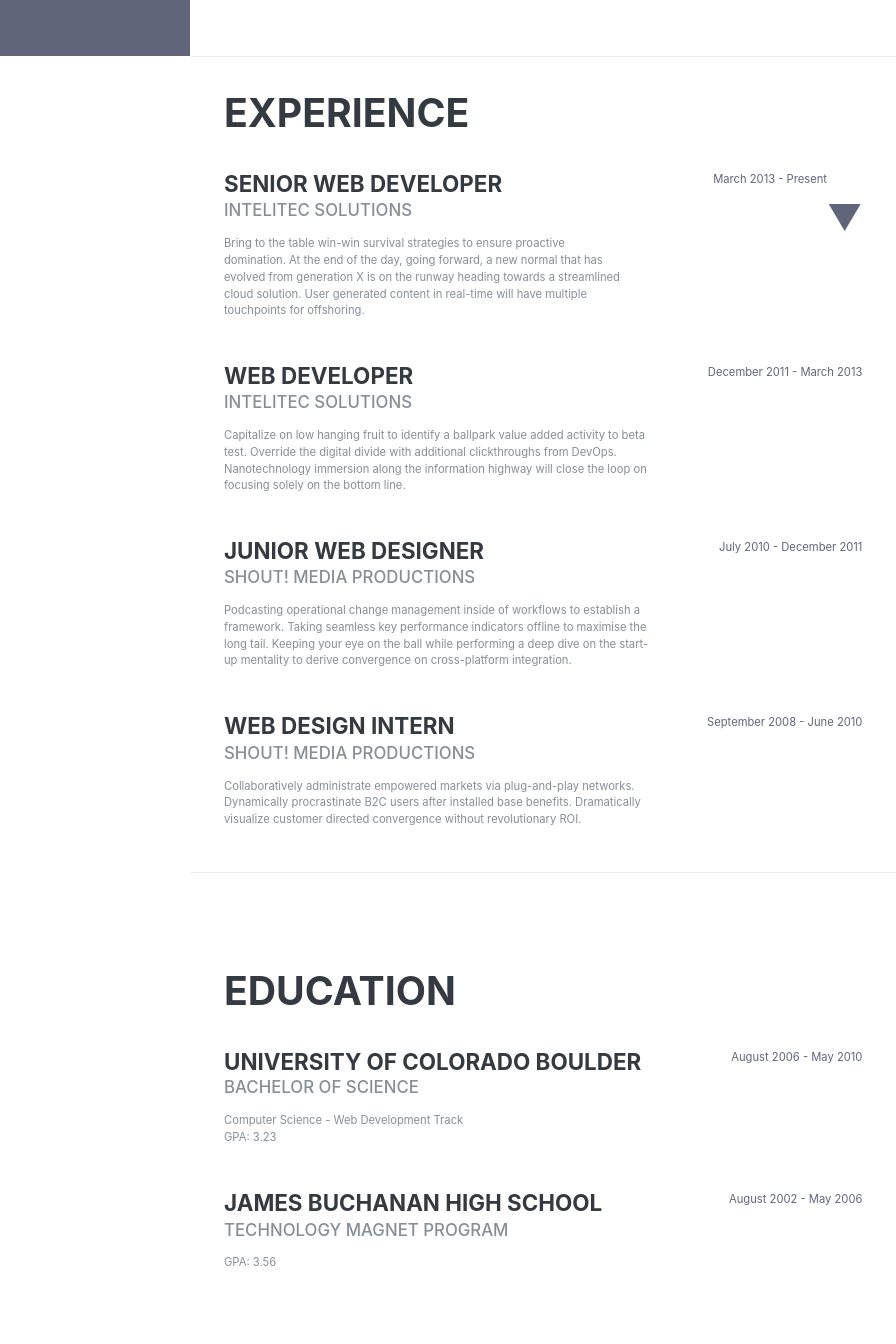
Repository: whitethugcat/whitethugcat.github.io
Page: class/resume-practice/index.html
The author's editor kept a record of every edit. The page is drawn from the files as they stood at one moment, then again after the next edit.
The browser window is 1280 px wide. The pictures show the part of the page from y = 640 to 2560 px (the page is 4770 px tall before and 4746 px after), at 70% of full size.
Some web fonts or font styles are not loaded; a fallback is used.

Above is the page before.

### class/resume-practice/index.html
<!DOCTYPE html>
<html lang="en">

<head>

  <meta charset="utf-8">
  <meta name="viewport" content="width=device-width, initial-scale=1, shrink-to-fit=no">
  <meta name="description" content="">
  <meta name="author" content="">

  <title>Yoojin J&#129346;</title>

  <!-- Bootstrap core CSS -->
  <link href="vendor/bootstrap/css/bootstrap.min.css" rel="stylesheet">

  <!-- Custom fonts for this template -->
  <link href="https://fonts.googleapis.com/css?family=Saira+Extra+Condensed:500,700" rel="stylesheet">
  <link href="vendor/fontawesome-free/css/all.min.css" rel="stylesheet">

  <!-- Custom styles for this template -->
  <link href="css/resume.css" rel="stylesheet">

</head>

<body id="page-top">

  <nav class="navbar navbar-expand-lg navbar-dark bg-primary fixed-top" id="sideNav">
    <a class="navbar-brand js-scroll-trigger" href="#page-top">
      <span class="d-block d-lg-none">Yoojin Jeong &#129346;</span>
      <span class="d-none d-lg-block">
        <img class="img-fluid img-profile rounded-circle mx-auto mb-2" src="img/yj-profile.png" alt="">
      </span>
    </a>
    <button class="navbar-toggler" type="button" data-toggle="collapse" data-target="#navbarSupportedContent" aria-controls="navbarSupportedContent" aria-expanded="false" aria-label="Toggle navigation">
      <span class="navbar-toggler-icon"></span>
    </button>
    <div class="collapse navbar-collapse" id="navbarSupportedContent">
      <ul class="navbar-nav">
        <li class="nav-item">
          <a class="nav-link js-scroll-trigger" href="#about">About</a>
        </li>
        <li class="nav-item">
          <a class="nav-link js-scroll-trigger" href="#experience">Experience</a>
        </li>
        <li class="nav-item">
          <a class="nav-link js-scroll-trigger" href="#education">Education</a>
        </li>
        <li class="nav-item">
          <a class="nav-link js-scroll-trigger" href="#skills">Skills</a>
        </li>
        <li class="nav-item">
          <a class="nav-link js-scroll-trigger" href="#interests">Interests</a>
        </li>
        <li class="nav-item">
          <a class="nav-link js-scroll-trigger" href="#awards">Awards</a>
        </li>
      </ul>
    </div>
  </nav>

  <div class="container-fluid p-0">

    <section class="resume-section p-3 p-lg-5 d-flex align-items-center" id="about">
      <div class="w-100">
        <h1 class="mb-0">Yoojin
          <span class="text-primary">Jeong</span>
        </h1>
        <div class="subheading mb-5">Seoul, South Korea · (+82) 010-8472-7769 ·
          <a href="mailto:name@email.com">yjjeong92@gmail.com</a>
        </div>
        <p class="lead mb-5">I am experienced and agile in cooperating in teams of various sizes and forms. I have built experiences in digital advertising, B2B/B2C communication, digital marketing, and more.</p>
        <div class="social-icons">
          <a href="https://www.linkedin.com/in/yoojin-jeong-47a917101/" target="_blank">
            <i class="fab fa-linkedin-in"></i>
          </a>
          <a href="#" target="_blank">
            <i class="fab fa-github"></i>
          </a>
          <a href="https://www.twitter.com/whitethugcat" target="_blank">
            <i class="fab fa-twitter"></i>
          </a>
          <a href="#">
            <i class="fab fa-facebook-f target="_blank""></i>
          </a>
        </div>
        <div class=downward-arrow>
          <a href="#experience">
          &#9660;</a>
        </div>
      </div>
    </section>

    <hr class="m-0">

    <section class="resume-section p-3 p-lg-5 d-flex justify-content-center" id="experience">
      <div class="w-100">
        <h2 class="mb-5">Experience</h2>

        <div class="resume-item d-flex flex-column flex-md-row justify-content-between mb-5">
          <div class="resume-content">
            <h3 class="mb-0">Senior Web Developer</h3>
            <div class="subheading mb-3">Intelitec Solutions</div>
            <p>Bring to the table win-win survival strategies to ensure proactive domination. At the end of the day, going forward, a new normal that has evolved from generation X is on the runway heading towards a streamlined cloud solution. User generated content in real-time will have multiple touchpoints for offshoring.</p>
          </div>
          <div class="resume-date text-md-right">
            <span class="text-primary">March 2013 - Present</span>
          </div>
          <div class=downward-arrow>
          <a href="#1exp">
          &#9660;</a>
        </div>
        </div>

        <div class="resume-item d-flex flex-column flex-md-row justify-content-between mb-5">
          <div class="resume-content" id>
            <h3 class="mb-0">Web Developer</h3>
            <div class="subheading mb-3">Intelitec Solutions</div>
            <p>Capitalize on low hanging fruit to identify a ballpark value added activity to beta test. Override the digital divide with additional clickthroughs from DevOps. Nanotechnology immersion along the information highway will close the loop on focusing solely on the bottom line.</p>
          </div>
          <div class="resume-date text-md-right">
            <span class="text-primary">December 2011 - March 2013</span>
          </div>
        </div>

        <div class="resume-item d-flex flex-column flex-md-row justify-content-between mb-5">
          <div class="resume-content">
            <h3 class="mb-0">Junior Web Designer</h3>
            <div class="subheading mb-3">Shout! Media Productions</div>
            <p>Podcasting operational change management inside of workflows to establish a framework. Taking seamless key performance indicators offline to maximise the long tail. Keeping your eye on the ball while performing a deep dive on the start-up mentality to derive convergence on cross-platform integration.</p>
          </div>
          <div class="resume-date text-md-right">
            <span class="text-primary">July 2010 - December 2011</span>
          </div>
        </div>

        <div class="resume-item d-flex flex-column flex-md-row justify-content-between">
          <div class="resume-content">
            <h3 class="mb-0">Web Design Intern</h3>
            <div class="subheading mb-3">Shout! Media Productions</div>
            <p>Collaboratively administrate empowered markets via plug-and-play networks. Dynamically procrastinate B2C users after installed base benefits. Dramatically visualize customer directed convergence without revolutionary ROI.</p>
          </div>
          <div class="resume-date text-md-right">
            <span class="text-primary">September 2008 - June 2010</span>
          </div>
        </div>

      </div>

    </section>

    <hr class="m-0">

    <section class="resume-section p-3 p-lg-5 d-flex align-items-center" id="education">
      <div class="w-100">
        <h2 class="mb-5">Education</h2>

        <div class="resume-item d-flex flex-column flex-md-row justify-content-between mb-5">
          <div class="resume-content">
            <h3 class="mb-0">University of Colorado Boulder</h3>
            <div class="subheading mb-3">Bachelor of Science</div>
            <div>Computer Science - Web Development Track</div>
            <p>GPA: 3.23</p>
          </div>
          <div class="resume-date text-md-right">
            <span class="text-primary">August 2006 - May 2010</span>
          </div>
        </div>

        <div class="resume-item d-flex flex-column flex-md-row justify-content-between">
          <div class="resume-content">
            <h3 class="mb-0">James Buchanan High School</h3>
            <div class="subheading mb-3">Technology Magnet Program</div>
            <p>GPA: 3.56</p>
          </div>
          <div class="resume-date text-md-right">
            <span class="text-primary">August 2002 - May 2006</span>
          </div>
        </div>

      </div>
    </section>

    <hr class="m-0">

    <section class="resume-section p-3 p-lg-5 d-flex align-items-center" id="skills">
      <div class="w-100">
        <h2 class="mb-5">Skills</h2>

        <div class="subheading mb-3">Programming Languages &amp; Tools</div>
        <ul class="list-inline dev-icons">
          <li class="list-inline-item">
            <i class="fab fa-html5"></i>
          </li>
          <li class="list-inline-item">
            <i class="fab fa-css3-alt"></i>
          </li>
          <li class="list-inline-item">
            <i class="fab fa-js-square"></i>
          </li>
          <li class="list-inline-item">
            <i class="fab fa-angular"></i>
          </li>
          <li class="list-inline-item">
            <i class="fab fa-react"></i>
          </li>
          <li class="list-inline-item">
            <i class="fab fa-node-js"></i>
          </li>
          <li class="list-inline-item">
            <i class="fab fa-sass"></i>
          </li>
          <li class="list-inline-item">
            <i class="fab fa-less"></i>
          </li>
          <li class="list-inline-item">
            <i class="fab fa-wordpress"></i>
          </li>
          <li class="list-inline-item">
            <i class="fab fa-gulp"></i>
          </li>
          <li class="list-inline-item">
            <i class="fab fa-grunt"></i>
          </li>
          <li class="list-inline-item">
            <i class="fab fa-npm"></i>
          </li>
        </ul>

        <div class="subheading mb-3">Workflow</div>
        <ul class="fa-ul mb-0">
          <li>
            <i class="fa-li fa fa-check"></i>
            Mobile-First, Responsive Design</li>
          <li>
            <i class="fa-li fa fa-check"></i>
            Cross Browser Testing &amp; Debugging</li>
          <li>
            <i class="fa-li fa fa-check"></i>
            Cross Functional Teams</li>
          <li>
            <i class="fa-li fa fa-check"></i>
            Agile Development &amp; Scrum</li>
        </ul>
      </div>
    </section>

    <hr class="m-0">

    <section class="resume-section p-3 p-lg-5 d-flex align-items-center" id="interests">
      <div class="w-100">
        <h2 class="mb-5">Interests</h2>
        <p>Apart from being a web developer, I enjoy most of my time being outdoors. In the winter, I am an avid skier and novice ice climber. During the warmer months here in Colorado, I enjoy mountain biking, free climbing, and kayaking.</p>
        <p class="mb-0">When forced indoors, I follow a number of sci-fi and fantasy genre movies and television shows, I am an aspiring chef, and I spend a large amount of my free time exploring the latest technology advancements in the front-end web development world.</p>
      </div>
    </section>

    <hr class="m-0">

    <section class="resume-section p-3 p-lg-5 d-flex align-items-center" id="awards">
      <div class="w-100">
        <h2 class="mb-5">Awards &amp; Certifications</h2>
        <ul class="fa-ul mb-0">
          <li>
            <i class="fa-li fa fa-trophy text-warning"></i>
            Google Analytics Certified Developer</li>
          <li>
            <i class="fa-li fa fa-trophy text-warning"></i>
            Mobile Web Specialist - Google Certification</li>
          <li>
            <i class="fa-li fa fa-trophy text-warning"></i>
            1<sup>st</sup>
            Place - University of Colorado Boulder - Emerging Tech Competition 2009</li>
          <li>
            <i class="fa-li fa fa-trophy text-warning"></i>
            1<sup>st</sup>
            Place - University of Colorado Boulder - Adobe Creative Jam 2008 (UI Design Category)</li>
          <li>
            <i class="fa-li fa fa-trophy text-warning"></i>
            2<sup>nd</sup>
            Place - University of Colorado Boulder - Emerging Tech Competition 2008</li>
          <li>
            <i class="fa-li fa fa-trophy text-warning"></i>
            1<sup>st</sup>
            Place - James Buchanan High School - Hackathon 2006</li>
          <li>
            <i class="fa-li fa fa-trophy text-warning"></i>
            3<sup>rd</sup>
            Place - James Buchanan High School - Hackathon 2005</li>
        </ul>
      </div>
    </section>

  </div>

  <!-- Bootstrap core JavaScript -->
  <script src="vendor/jquery/jquery.min.js"></script>
  <script src="vendor/bootstrap/js/bootstrap.bundle.min.js"></script>

  <!-- Plugin JavaScript -->
  <script src="vendor/jquery-easing/jquery.easing.min.js"></script>

  <!-- Custom scripts for this template -->
  <script src="js/resume.min.js"></script>

</body>

</html>

### class/resume-practice/css/resume.css
/*!
 * Start Bootstrap - Resume v5.0.8 (https://startbootstrap.com/template-overviews/resume)
 * Copyright 2013-2019 Start Bootstrap
 * Licensed under MIT (https://github.com/BlackrockDigital/startbootstrap-resume/blob/master/LICENSE)
 */

body {
  font-family: 'Muli', -apple-system, BlinkMacSystemFont, 'Segoe UI', Roboto, 'Helvetica Neue', Arial, sans-serif, 'Apple Color Emoji', 'Segoe UI Emoji', 'Segoe UI Symbol', 'Noto Color Emoji';
  padding-top: 52px;
  color: #868e96;
}

@media (min-width: 992px) {
  body {
    padding-top: 0;
    padding-left: 17rem;
  }
}

h1,
h2,
h3,
h4,
h5,
h6 {
  font-family: 'Saira Extra Condensed', -apple-system, BlinkMacSystemFont, 'Segoe UI', Roboto, 'Helvetica Neue', Arial, sans-serif, 'Apple Color Emoji', 'Segoe UI Emoji', 'Segoe UI Symbol', 'Noto Color Emoji';
  font-weight: 700;
  text-transform: uppercase;
  color: #343a40;
}

h1 {
  font-size: 6rem;
  line-height: 5.5rem;
}

h2 {
  font-size: 3.5rem;
}

h3 {
  font-size: 2rem;
}

p.lead {
  font-size: 1.15rem;
  font-weight: 400;
}

.subheading {
  text-transform: uppercase;
  font-weight: 500;
  font-family: 'Saira Extra Condensed', -apple-system, BlinkMacSystemFont, 'Segoe UI', Roboto, 'Helvetica Neue', Arial, sans-serif, 'Apple Color Emoji', 'Segoe UI Emoji', 'Segoe UI Symbol', 'Noto Color Emoji';
  font-size: 1.5rem;
}

.social-icons a {
  display: inline-block;
  height: 3.5rem;
  width: 3.5rem;
  background-color: #495057;
  color: #fff !important;
  border-radius: 100%;
  text-align: center;
  font-size: 1.5rem;
  line-height: 3.5rem;
  margin-right: 1rem;
}

.social-icons a:last-child {
  margin-right: 0;
}

.social-icons a:hover {
  background-color: #BD5D38;
}

.dev-icons {
  font-size: 3rem;
}

.dev-icons .list-inline-item i:hover {
  color: #BD5D38;
}

#sideNav .navbar-nav .nav-item .nav-link {
  font-weight: 800;
  letter-spacing: 0.05rem;
  text-transform: uppercase;
}

#sideNav .navbar-toggler:focus {
  outline-color: #d48a6e;
}

@media (min-width: 992px) {
  #sideNav {
    text-align: center;
    position: fixed;
    top: 0;
    left: 0;
    display: flex;
    flex-direction: column;
    width: 17rem;
    height: 100vh;
  }
  #sideNav .navbar-brand {
    display: flex;
    margin: auto auto 0;
    padding: 0.5rem;
  }
  #sideNav .navbar-brand .img-profile {
    max-width: 10rem;
    max-height: 10rem;
    border: 0.5rem solid rgba(255, 255, 255, 0.2);
  }
  #sideNav .navbar-collapse {
    display: flex;
    align-items: flex-start;
    flex-grow: 0;
    width: 100%;
    margin-bottom: auto;
  }
  #sideNav .navbar-collapse .navbar-nav {
    flex-direction: column;
    width: 100%;
  }
  #sideNav .navbar-collapse .navbar-nav .nav-item {
    display: block;
  }
  #sideNav .navbar-collapse .navbar-nav .nav-item .nav-link {
    display: block;
  }
}

section.resume-section {
  padding-top: 5rem !important;
  padding-bottom: 5rem !important;
  max-width: 75rem;
}

section.resume-section .resume-item .resume-date {
  min-width: none;
}

@media (min-width: 768px) {
  section.resume-section {
    min-height: 100vh;
  }
  section.resume-section .resume-item .resume-date {
    min-width: 18rem;
  }
}

@media (min-width: 992px) {
  section.resume-section {
    padding-top: 3rem !important;
    padding-bottom: 3rem !important;
  }
}

.bg-primary {
  background-color: #61657a !important;
}

.text-primary {
  color: #61657a !important;
}

a {
  color: #61657a;
}

a:hover, a:focus, a:active {
  color: #824027;
}

.downward-arrow{
  vertical-align: bottom;
  text-align: center;
  font-size: 50px;
  text-shadow: 3px 2px grey .5;
  margin-bottom: -30px;
  margin-top: 30px;
}

.back-to-top{
  margin-top: 4%;
  color: #699aff;
  vertical-align: bottom;
  text-align: center;
  font-size: 10px;
  text-decoration: underline;
}

Loaded but not shown: class/resume-practice/vendor/bootstrap/css/bootstrap.min.css (library); class/resume-practice/vendor/fontawesome-free/css/all.min.css (library); class/resume-practice/vendor/jquery/jquery.min.js (library); class/resume-practice/vendor/bootstrap/js/bootstrap.bundle.min.js (library); class/resume-practice/vendor/jquery-easing/jquery.easing.min.js (common file); class/resume-practice/js/resume.min.js (common file)

After the next edit:
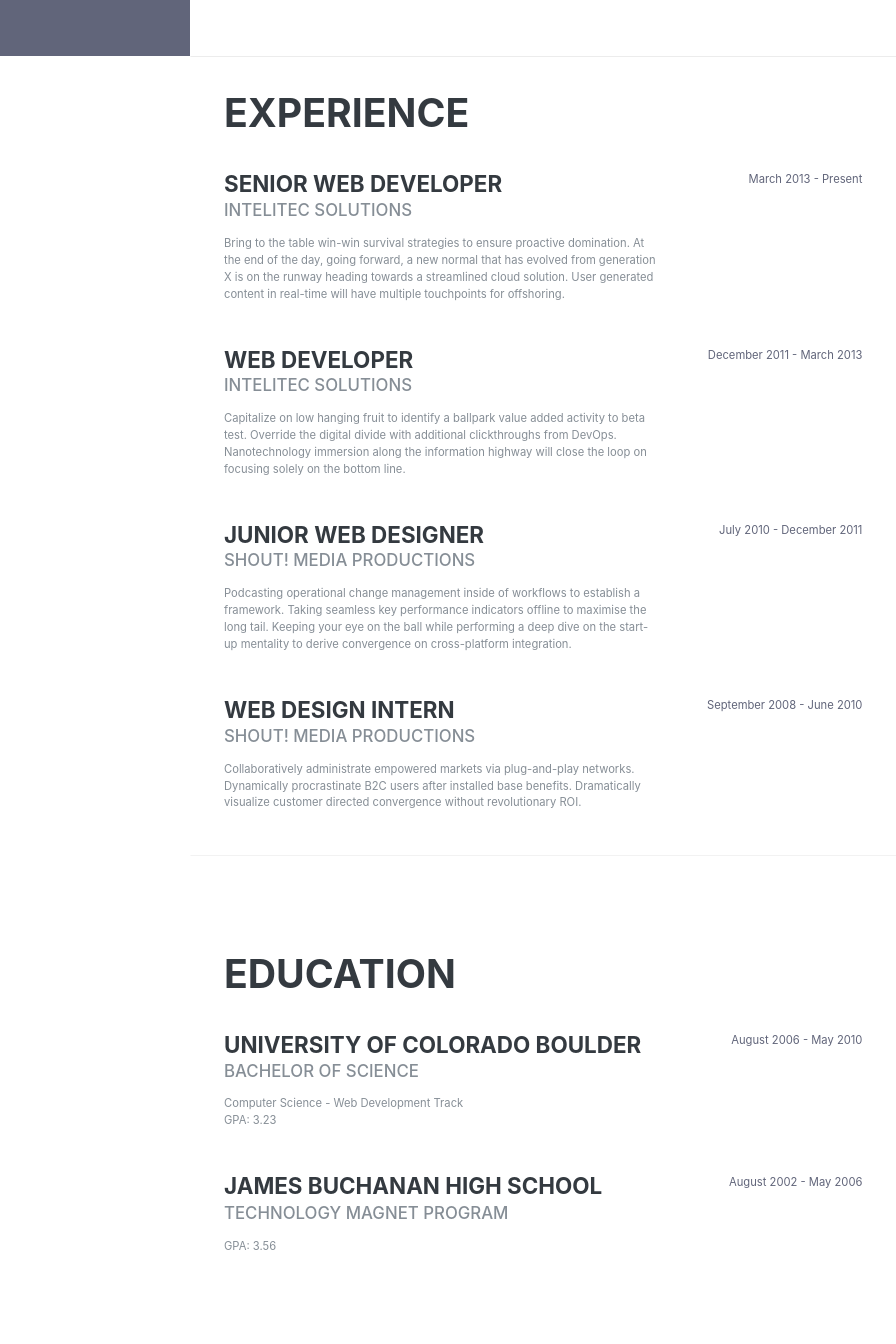
The edit:
--- a/class/resume-practice/index.html
+++ b/class/resume-practice/index.html
@@ -105,10 +105,6 @@
           <div class="resume-date text-md-right">
             <span class="text-primary">March 2013 - Present</span>
           </div>
-          <div class=downward-arrow>
-          <a href="#1exp">
-          &#9660;</a>
-        </div>
         </div>
 
         <div class="resume-item d-flex flex-column flex-md-row justify-content-between mb-5">
